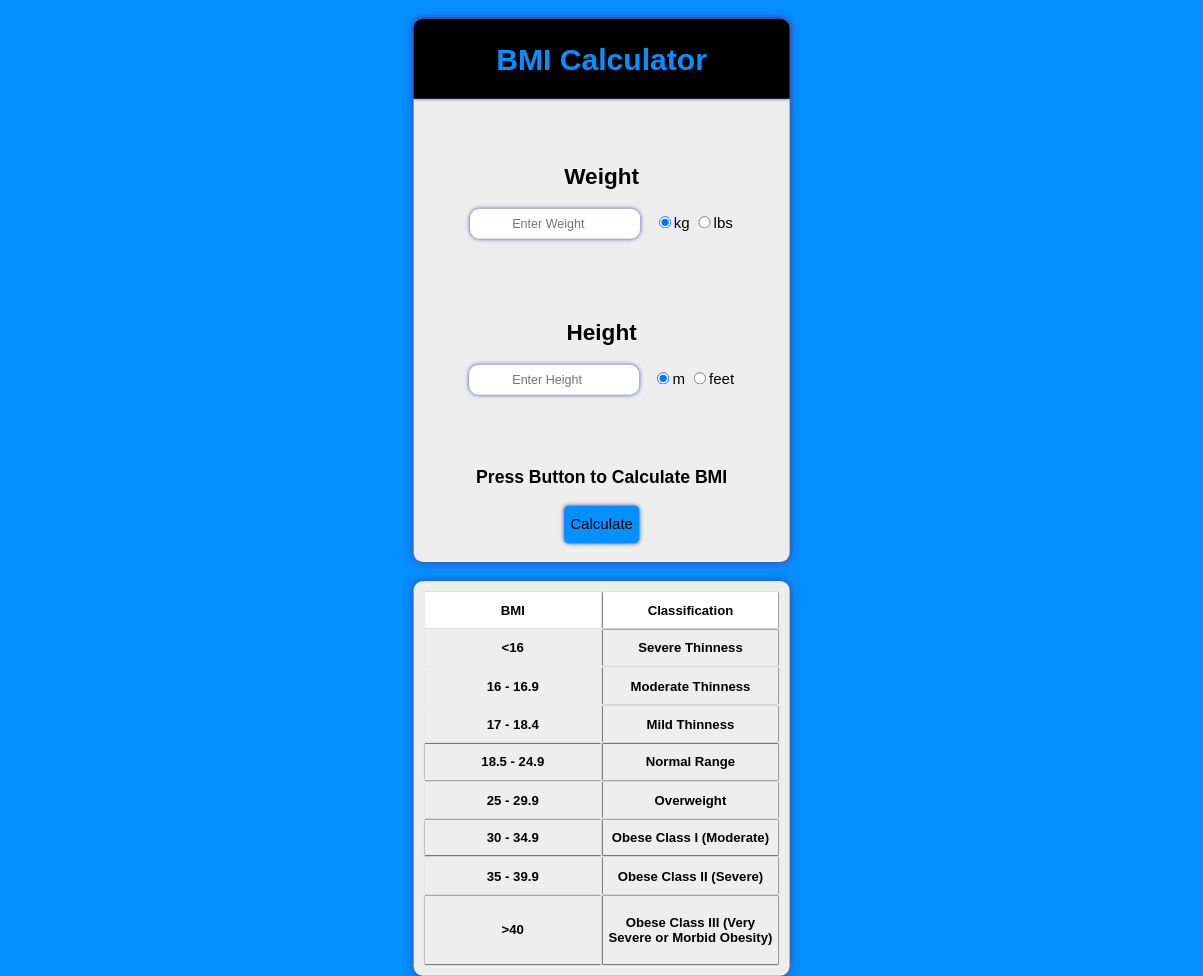
Repository: shayanabedi98/bmi-calculator
Page: index.html
The author's editor kept a copy of each file at every save. The page is drawn from the files as they stood at one save, then again after the next save.
The browser window is 1280 px wide. The pictures show the whole page, at 94% of full size.

Above is the page before, as saved 2023-07-24 17:17:30.

### index.html
<!DOCTYPE html>
<html lang="en">
<head>
    <meta charset="UTF-8">
    <meta name="viewport" content="width=device-width, initial-scale=1.0">
    <title>BMI Calculator</title>
    <link rel="stylesheet" href="styles.css">
</head>
<body>
    <div class="container">
        <div class="card">
            <div class="bmi-calculator">
                <h1>BMI Calculator</h1>
                <div class="weight">
                    <h2>Weight</h2>
                    <input type="number" placeholder="Enter Weight">
                    <input type="radio" name="weight" checked><span>kg</span>
                    <input type="radio" name="weight"><span>lbs</span>
                </div>
                <div class="height">
                    <h2>Height</h2>
                    <input type="number" placeholder="Enter Height">
                    <input type="radio" name="height" checked><span>m</span>
                    <input type="radio" name="height"><span>feet</span>
                </div>
                <div class="result">
                    <h3>Press Button to Calculate BMI</h3>
                    <button type="submit" class="calculate">Calculate</button>
                </div>
            </div>
        </div>
        <div class="card chart">
            <div class="bmi-chart">
                <table bgcolor=''>
                    <tr bgcolor="#ffffff" align="center">
                        <th width="100">BMI</th>
                        <th width="100">Classification</th>
                    </tr>
                    <tr bgcolor="EEEEEE">
                        <th>&lt;16</th>
                        <th>Severe Thinness</th>
                    </tr>
                    <tr bgcolor="EEEEEE">
                        <th>16 - 16.9</th>
                        <th>Moderate Thinness</th>
                    </tr>
                    <tr bgcolor="EEEEEE">
                        <th>17 - 18.4</th>
                        <th>Mild Thinness</th>
                    </tr>
                    <tr bgcolor="EEEEEE">
                        <th>18.5 - 24.9</th>
                        <th>Normal Range</th>
                    </tr>
                    <tr bgcolor="EEEEEE">
                        <th>25 - 29.9</th>
                        <th>Overweight</th>
                    </tr>
                    <tr bgcolor="EEEEEE">
                        <th>30 - 34.9</th>
                        <th>Obese Class I (Moderate)</th>
                    </tr>
                    <tr bgcolor="EEEEEE">
                        <th>35 - 39.9</th>
                        <th>Obese Class II (Severe)</th>
                    </tr>
                    <tr bgcolor="EEEEEE">
                        <th>&gt;40</th>
                        <th>Obese Class III (Very Severe or Morbid Obesity)</th>
                    </tr>
                </table>
            </div>
        </div>
    </div>
    <script src="index.js"></script>
</body>
</html>

### styles.css
body {
    background-color: #068FFF;
    font-family: sans-serif;
    text-align: center;
    padding: 0;
    margin: 0;
}

h1 {
    margin-top: 0;
    background-color: #000000;
    color: #068FFF;
    border-radius: 10px 10px 0 0;
    height: 60px;
    padding-top: 25px;
    box-shadow: 0 0 4px 0 #4141a0;
}

.container {
    display: inline-block;
}

.card {
    background-color: #EEEEEE;
    width: 400px;
    border-radius: 10px;
    margin-left: auto;
    margin-top: 5%;
    box-shadow: 0 0 10px 0 #4141a0;
}

.chart {
    padding: 10px;
    width: 380px;
}

table {
    width: 100%;
    height: 400px;
    font-size: 14px;
}

th {
    box-shadow: 0 0 1px 0 black;
}

.weight {
    display: block;
    text-align: start;
    padding: 7%;
    text-align: center;
}

.height {
    display: block;
    text-align: start;
    padding: 7%;
    text-align: center;
}

input[type='number'] {
    display: inline-block;
    text-align: center;
    margin-bottom: 10px;
    margin-right: 10px;
    height: 30px;
    border-radius: 10px;
    border: none;
    box-shadow: 0 0 5px 0 #4141a0;
}

.result {
    padding: 5%;
}

.result button {
    background-color: #068FFF;
    height: 40px;
    width: 80px;
    border-radius: 5px;
    border: none;
    box-shadow: 0 0 5px 0 #4141a0;
    cursor: pointer;
    font-size: 16px;
}

Loaded but not shown: index.js (no copy from this time; the picture is the same without it)

After the next save:
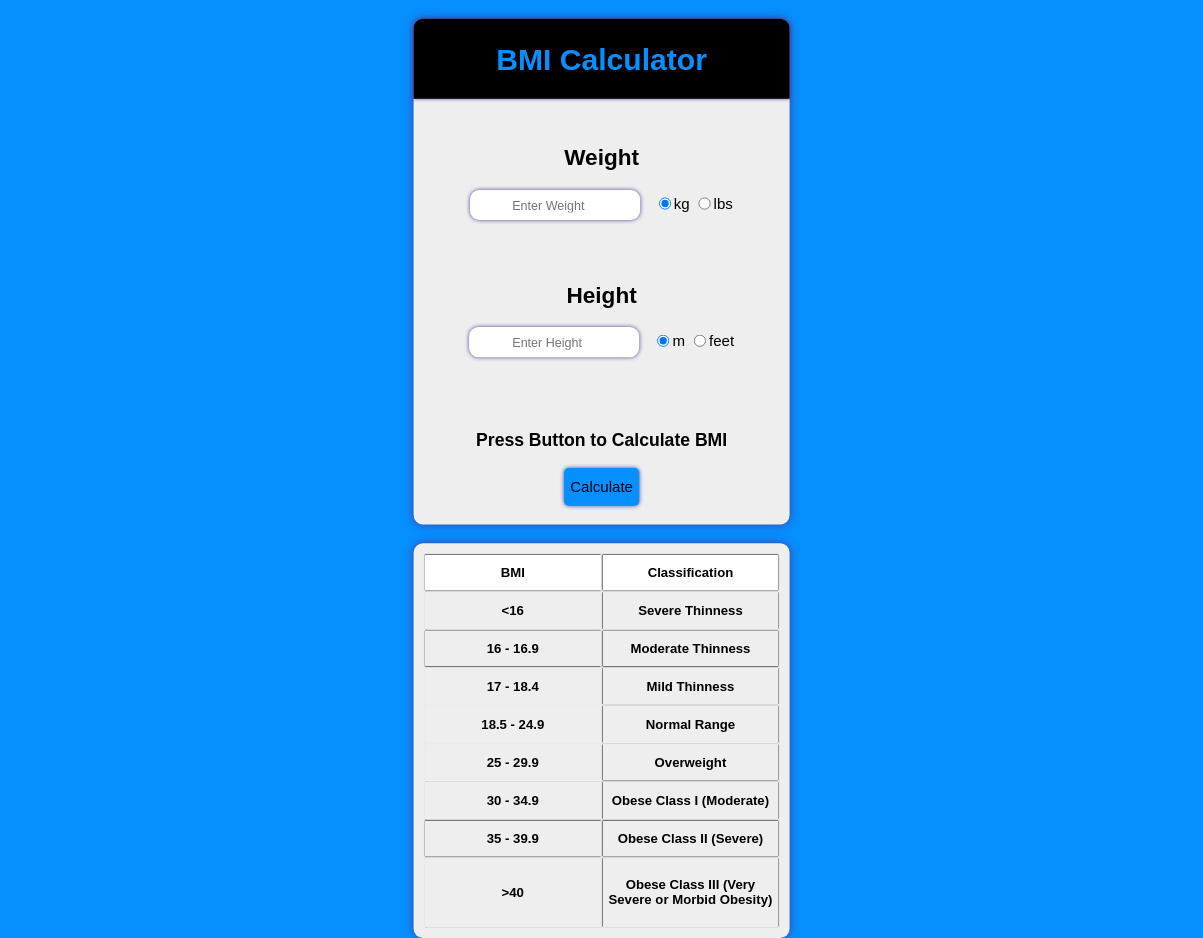
Saved 30 s later.
--- a/styles.css
+++ b/styles.css
@@ -14,6 +14,10 @@ h1 {
     height: 60px;
     padding-top: 25px;
     box-shadow: 0 0 4px 0 #4141a0;
+}
+
+h2 {
+    margin-top: 0;
 }
 
 .container {
